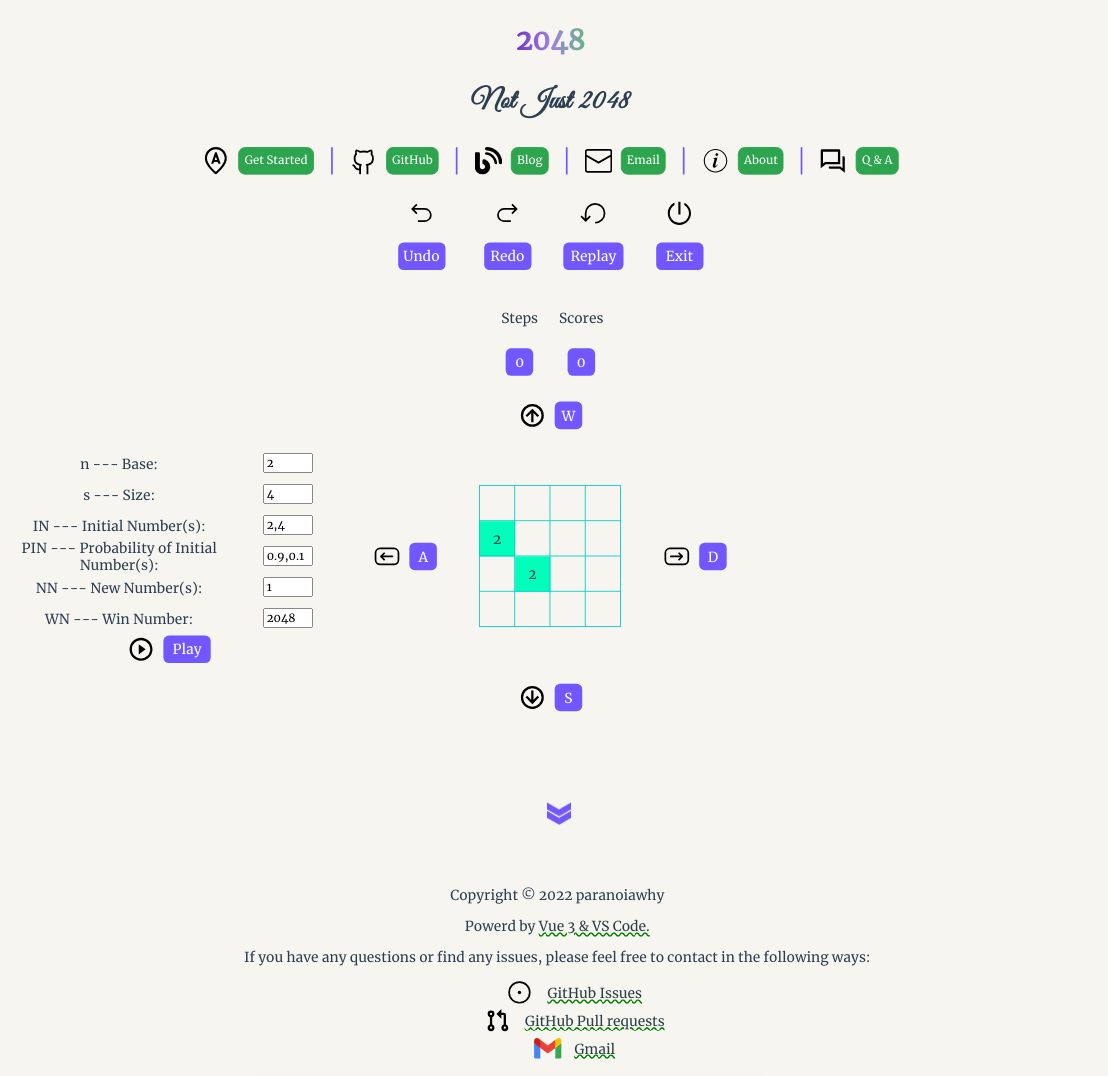
Repository: 321paranoiawhy/2048
Page: /
These files come from the project's save history. The page is drawn as it stood at one moment and after the next save; the edit follows.
The browser window is 1280 px wide. The page is 1288 px wide, so the pictures cover 1288 px, including what lies to the right of the window. The pictures show the whole page, at 86% of full size.
The project was rebuilt for these pictures with package versions that can differ from the ones it lists, and the page was loaded fresh each time. Also part of the build but not shown: vue.config.js.

Above is the page before, as saved 2022-04-29 21:52:44.

### src/App.vue
<template>
    <router-view />
</template>

<style lang="scss">
// 字体
@font-face {
    font-family: Merriweather-Regular;
    src: url(/src/assets/fonts/Merriweather-Regular.ttf);
}
#app {
    font-family: Merriweather-Regular;
    -webkit-font-smoothing: antialiased;
    -moz-osx-font-smoothing: grayscale;
    text-align: center;
    color: #2c3e50;
}
// 网页背景色 https://manuelmoreale.com/
html {
    background-color: #f6f5f0;
    scroll-behavior: smooth;
}
nav {
    padding: 30px;

    a {
        font-weight: bold;
        color: #2c3e50;

        &.router-link-exact-active {
            color: #42b983;
        }
    }
}
</style>

### src/components/footer.vue
<template>
    <!-- https://www.rapidtables.com/web/html/html-codes/html-code-copyright.html -->
    <!-- &copy; -->
    <!-- &#9400; -->
    <footer>
        <div class="container">
            <div class="chevron"></div>
            <div class="chevron"></div>
            <div class="chevron"></div>
        </div>
        <!-- <img
            src="../assets/images/IcRoundKeyboardDoubleArrowDown.svg"
            alt="DoubleArrowDown"
            class="double-arrow-down"
        /> -->
        <p>Copyright &copy; 2022 paranoiawhy</p>
        <p>Powerd by <a>Vue 3 & VS Code.</a></p>
        <p>
            If you have any questions or find any issues, please feel free to
            contact in the following ways:
        </p>
        <ul>
            <li>
                <img src="../assets/images/CodiconIssues.svg" alt="" />
                <a
                    href="https://github.com/321paranoiawhy/2048-Vue/issues"
                    target="_blank"
                    >GitHub Issues
                </a>
            </li>
            <li>
                <img src="../assets/images/MdiSourcePull.svg" alt="" />
                <a
                    href="https://github.com/321paranoiawhy/2048-Vue/pulls"
                    target="_blank"
                    >GitHub Pull requests
                </a>
            </li>
            <li>
                <img src="../assets/images/LogosGoogleGmail.svg" alt="" />
                <a href="mailto:paranoiawhy@gmail.com">Gmail</a>
            </li>
        </ul>
    </footer>
</template>

<script>
export default {
    name: "Footer",
};
</script>

<style lang="scss">
// 定义图标尺寸
$width-height: 32px;
// 文字波浪下划线 https://developer.mozilla.org/zh-CN/docs/Web/CSS/text-decoration
footer a {
    text-decoration: green wavy underline;
    color: #2c3e45;
}
footer {
    // display: flex;
    // justify-content: center;
    // align-items: center;
    position: absolute;
    width: 100%;

    margin-top: 80px;
    & .double-arrow-down {
        width: 50px;
        height: 50px;
    }
    & ul {
        width: fit-content;
        margin-left: auto;
        margin-right: auto;
        & li {
            display: flex;
            justify-content: center;
            align-items: center;
            & img {
                width: $width-height;
                height: $width-height;
                margin-right: 15px;
            }
        }
    }
    & .container {
        position: relative;
        width: 24px;
        height: 24px;
        margin: 0 auto 100px;
    }
}

.chevron {
    position: absolute;
    width: 28px;
    height: 8px;
    opacity: 0;
    transform: scale3d(0.5, 0.5, 0.5);
    animation: move 3s ease-out infinite;
}

.chevron:first-child {
    animation: move 3s ease-out 1s infinite;
}

.chevron:nth-child(2) {
    animation: move 3s ease-out 2s infinite;
}

.chevron:before,
.chevron:after {
    content: " ";
    position: absolute;
    top: 0;
    height: 100%;
    width: 51%;
    background: #7057ff;
}

.chevron:before {
    left: 0;
    transform: skew(0deg, 30deg);
}

.chevron:after {
    right: 0;
    width: 50%;
    transform: skew(0deg, -30deg);
}

@keyframes move {
    25% {
        opacity: 1;
    }
    33% {
        opacity: 1;
        transform: translateY(30px);
    }
    67% {
        opacity: 1;
        transform: translateY(40px);
    }
    100% {
        opacity: 0;
        transform: translateY(55px) scale3d(0.5, 0.5, 0.5);
    }
}
</style>

Loaded but not shown: public/index.html (common file); src/main.js (common file); src/store/index.js (common file); src/router/index.js (41 lines, source omitted); src/views/HomeView.vue (1187 lines, source omitted)

After the next save:
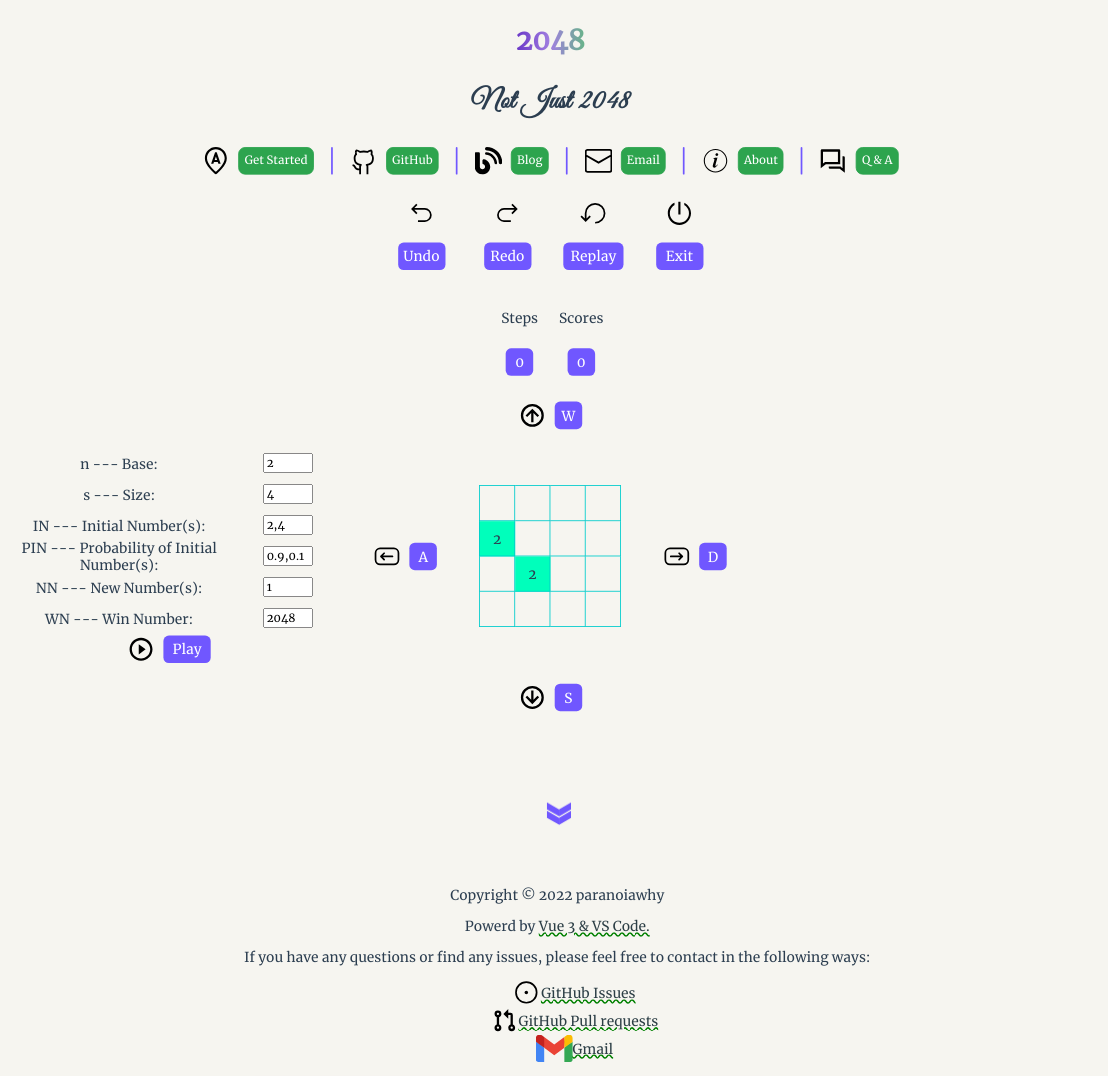
Saved 3 min 10 s later.
--- a/src/components/footer.vue
+++ b/src/components/footer.vue
@@ -78,11 +78,6 @@ footer {
             display: flex;
             justify-content: center;
             align-items: center;
-            & img {
-                width: $width-height;
-                height: $width-height;
-                margin-right: 15px;
-            }
         }
     }
     & .container {
